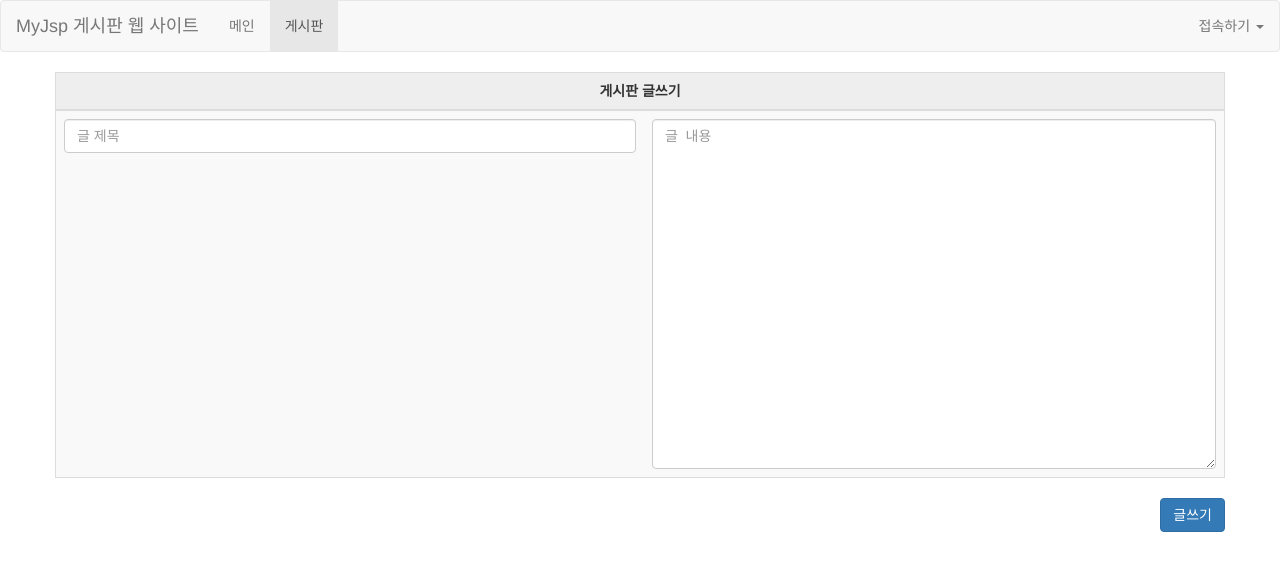
Repository: Ji3un/JspBoard
Page: http://localhost/BBS/write.jsp
These files come from the project's save history. The page is drawn as it stood at one moment and after the next save; the edit follows.
The browser window is 1280 px wide. The pictures show the whole page.
Some web libraries are served in a nearby version. The page is served by Tomcat 9.

Above is the page before, as saved 2017-10-03 13:04:41.

After the next save:
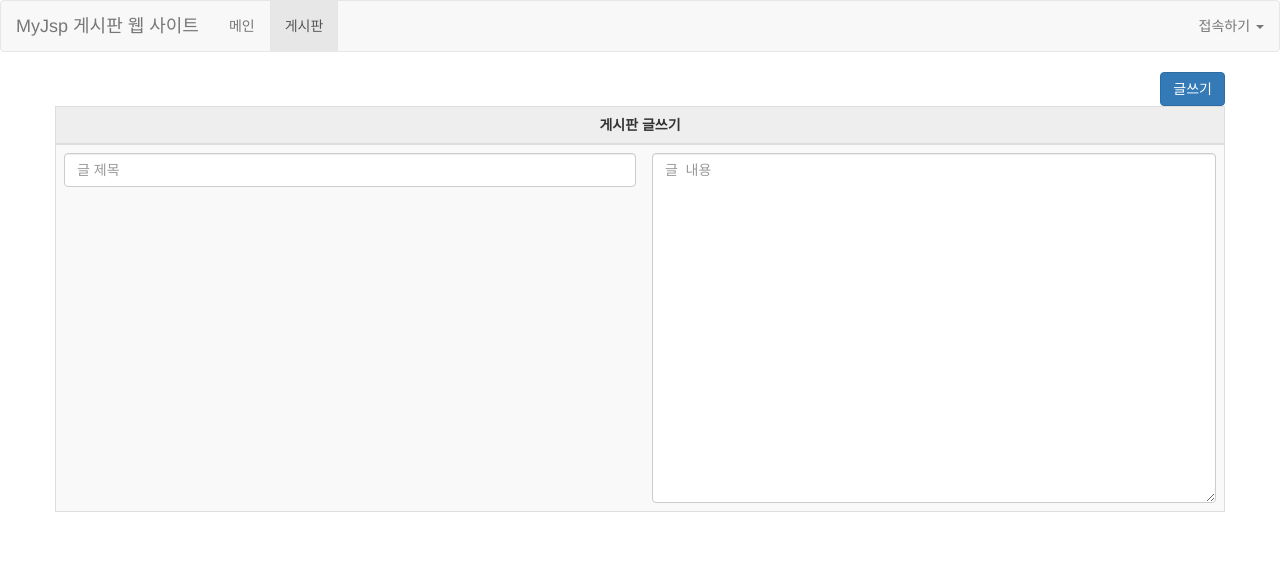
Saved 77 s later.
--- a/BBS/WebContent/write.jsp
+++ b/BBS/WebContent/write.jsp
@@ -76,8 +76,9 @@
 						<td><textarea type="text" class="form-control" placeholder="글  내용" name="bbsContent" maxlength="2048" style="height:350px;"></textarea></td>
 					</tr>
 				</tbody>
+				<input type="submit" class="btn btn-primary pull-right" value="글쓰기">
 			</table>
-			<a href="write.jsp" class="btn btn-primary pull-right">글쓰기</a>
+
 		</div>
 	</div>
 	<script src="https://code.jquery.com/jquery-3.2.1.min.js"></script>

After the 2 saves that followed:
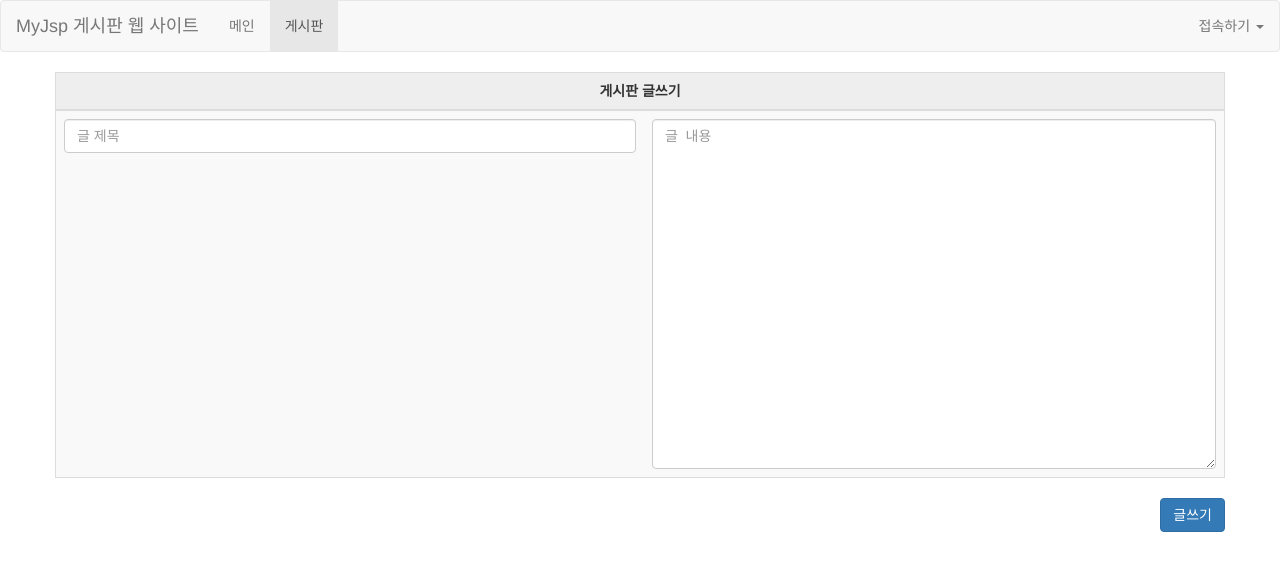
The 2 saves are shown as one change because 1 left the picture as it was.
The last was saved 108 s later.
--- a/BBS/WebContent/write.jsp
+++ b/BBS/WebContent/write.jsp
@@ -64,21 +64,28 @@
 	</nav>
 	<div class="container">
 		<div class="row">
-			<table class="table table-striped" style="text-align:center; border:1px solid #dddddd;">
-				<thead>
-					<tr>
-						<th colspan="2" style="background-color:#eeeeee; text-align:center;">게시판 글쓰기</th>
-					</tr>
-				</thead>
-				<tbody>
-					<tr>
-						<td><input type="text" class="form-control" placeholder="글 제목" name="bbsTitle" maxlength="50" ></td>
-						<td><textarea type="text" class="form-control" placeholder="글  내용" name="bbsContent" maxlength="2048" style="height:350px;"></textarea></td>
-					</tr>
-				</tbody>
+			<form method="post" action="writeAction.jsp">
+				<table class="table table-striped"
+					style="text-align: center; border: 1px solid #dddddd;">
+					<thead>
+						<tr>
+							<th colspan="2"
+								style="background-color: #eeeeee; text-align: center;">게시판
+								글쓰기</th>
+						</tr>
+					</thead>
+					<tbody>
+						<tr>
+							<td><input type="text" class="form-control"
+								placeholder="글 제목" name="bbsTitle" maxlength="50"></td>
+							<td><textarea type="text" class="form-control"
+									placeholder="글  내용" name="bbsContent" maxlength="2048"
+									style="height: 350px;"></textarea></td>
+						</tr>
+					</tbody>
+				</table>
 				<input type="submit" class="btn btn-primary pull-right" value="글쓰기">
-			</table>
-
+			</form>
 		</div>
 	</div>
 	<script src="https://code.jquery.com/jquery-3.2.1.min.js"></script>
